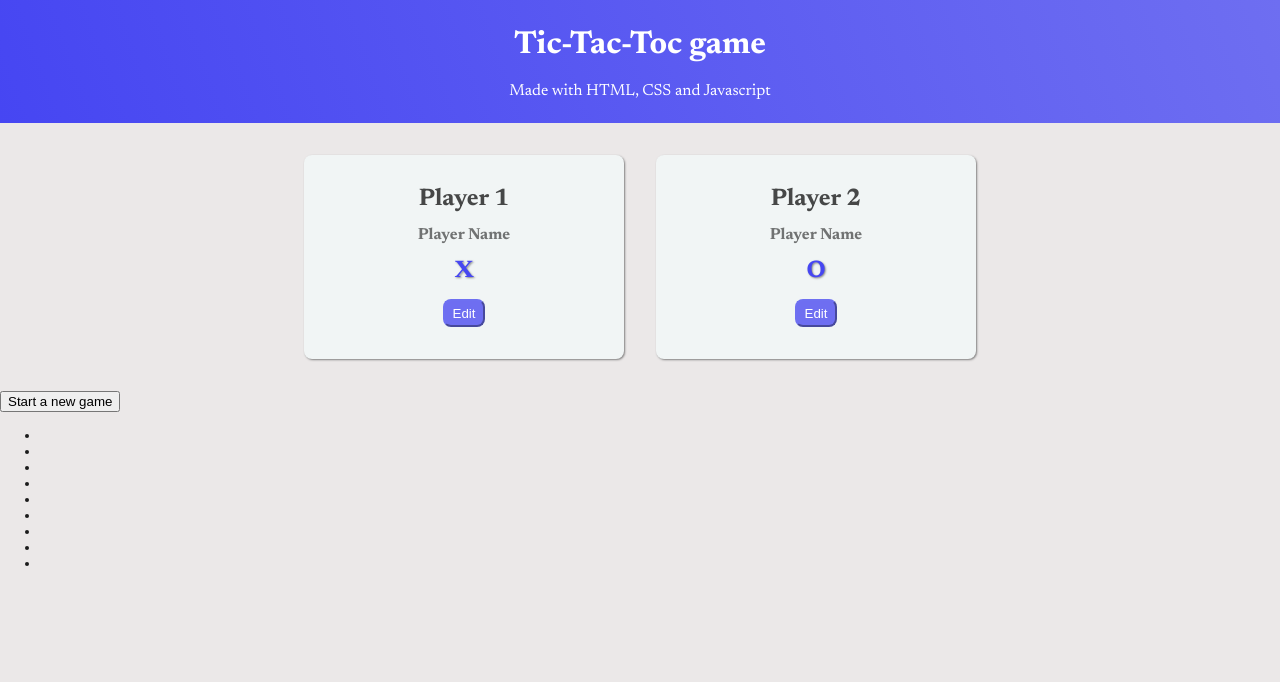
Repository: MicTomm/Tic-tac-toe-game
Page: index.html
An editor plug-in stored every save of this project. The page is shown before and after the next save, followed by the edit.
The browser window is 1280 px wide. The pictures show the whole page.

Above is the page before, as saved 2023-06-23 16:46:27.
Not found: js-code

After the next save:
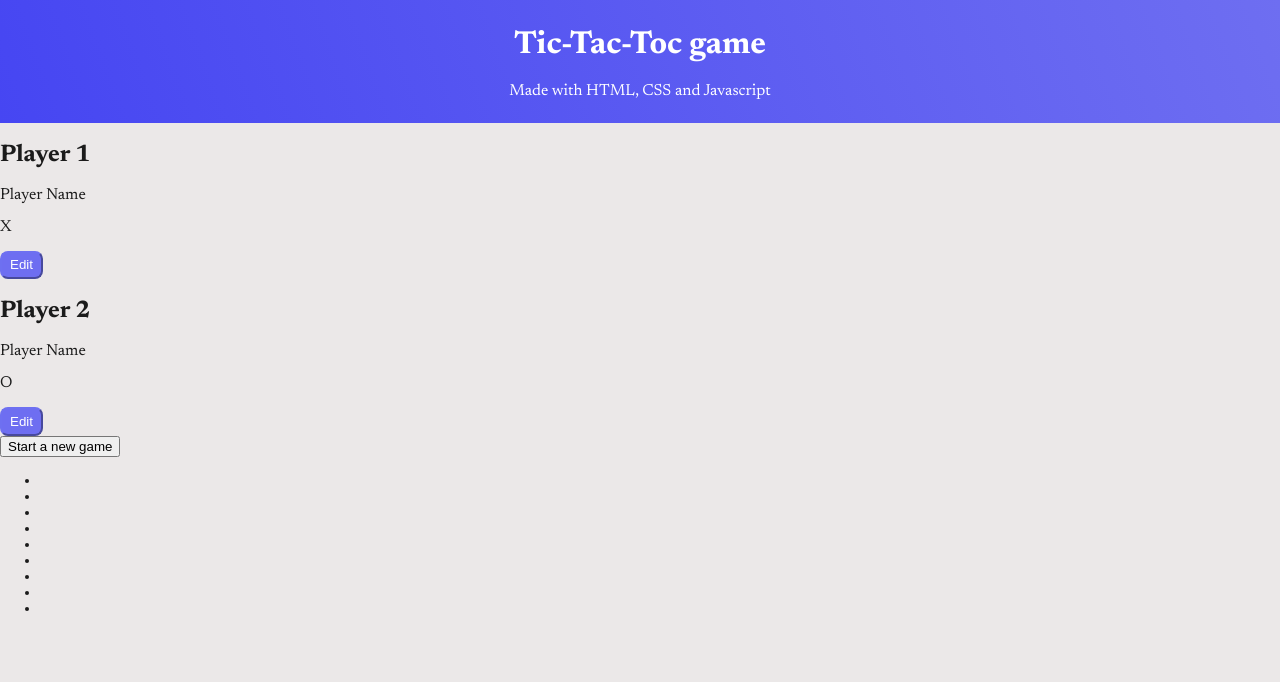
Not found: styles/user-configuration.css
Saved 48 s later.
--- a/index.html
+++ b/index.html
@@ -10,7 +10,8 @@
     <link href="https://fonts.googleapis.com/css2?family=Newsreader:wght@400;700&display=swap" rel="stylesheet">
     <link href="/styles/styles.css" rel="stylesheet">
     <link href="/styles/overlay.css" rel="stylesheet">
-    <link href="/styles/configuration.css" rel="stylesheet">
+    <link href="/styles/user-configuration.css" rel="stylesheet">
+    <link href="/styles/game-configuration.css" rel="stylesheet">
     <script src="js-code" defer></script>
 </head>
 

After the 5 saves that followed:
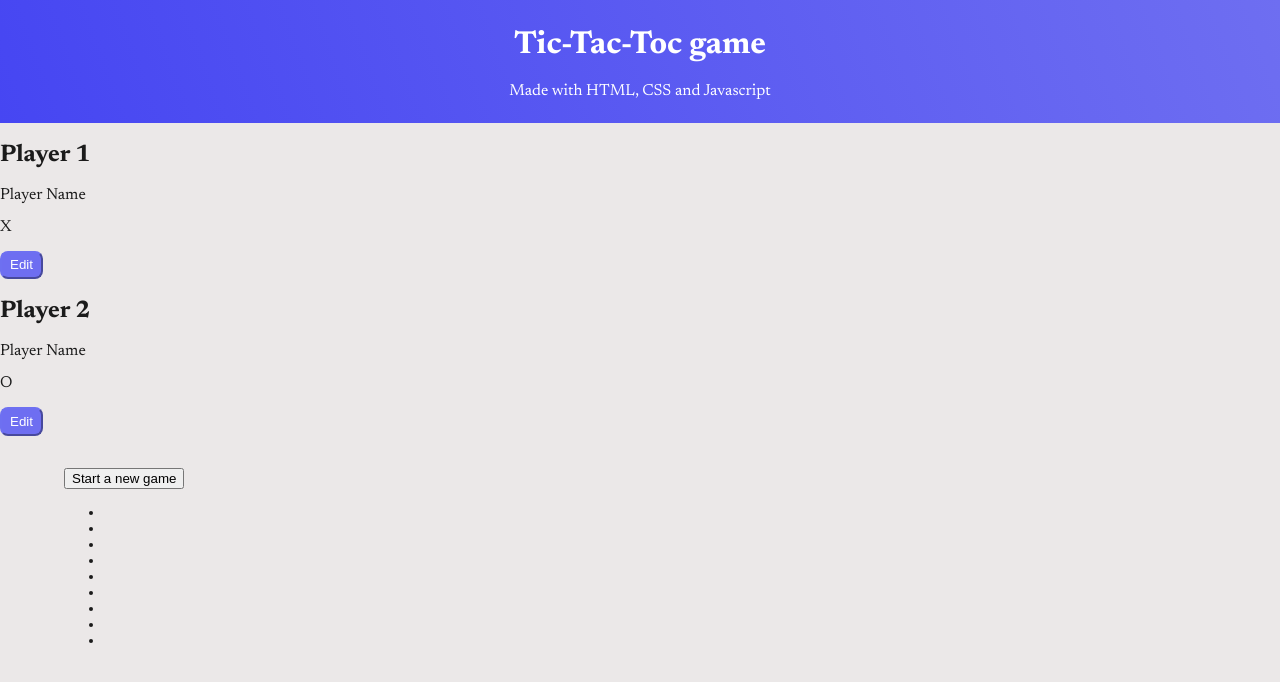
The 5 saves are shown as one change because 4 left the picture as it was.
The last was saved 2 min 47 s later.
--- a/index.html
+++ b/index.html
@@ -10,8 +10,8 @@
     <link href="https://fonts.googleapis.com/css2?family=Newsreader:wght@400;700&display=swap" rel="stylesheet">
     <link href="/styles/styles.css" rel="stylesheet">
     <link href="/styles/overlay.css" rel="stylesheet">
-    <link href="/styles/user-configuration.css" rel="stylesheet">
     <link href="/styles/game-configuration.css" rel="stylesheet">
+    <link href="/styles/game-execution.css" rel="stylesheet">
     <script src="js-code" defer></script>
 </head>
 
--- a/styles/game-configuration.css
+++ b/styles/game-configuration.css
@@ -1,3 +1,3 @@
 #game-configuration{
-
+    width: 90%;
 }
--- a/styles/game-execution.css
+++ b/styles/game-execution.css
@@ -1,3 +1,4 @@
-#game-configuration{
+#game-execution{
     width: 90%;
+    margin: 2rem auto;
 }
